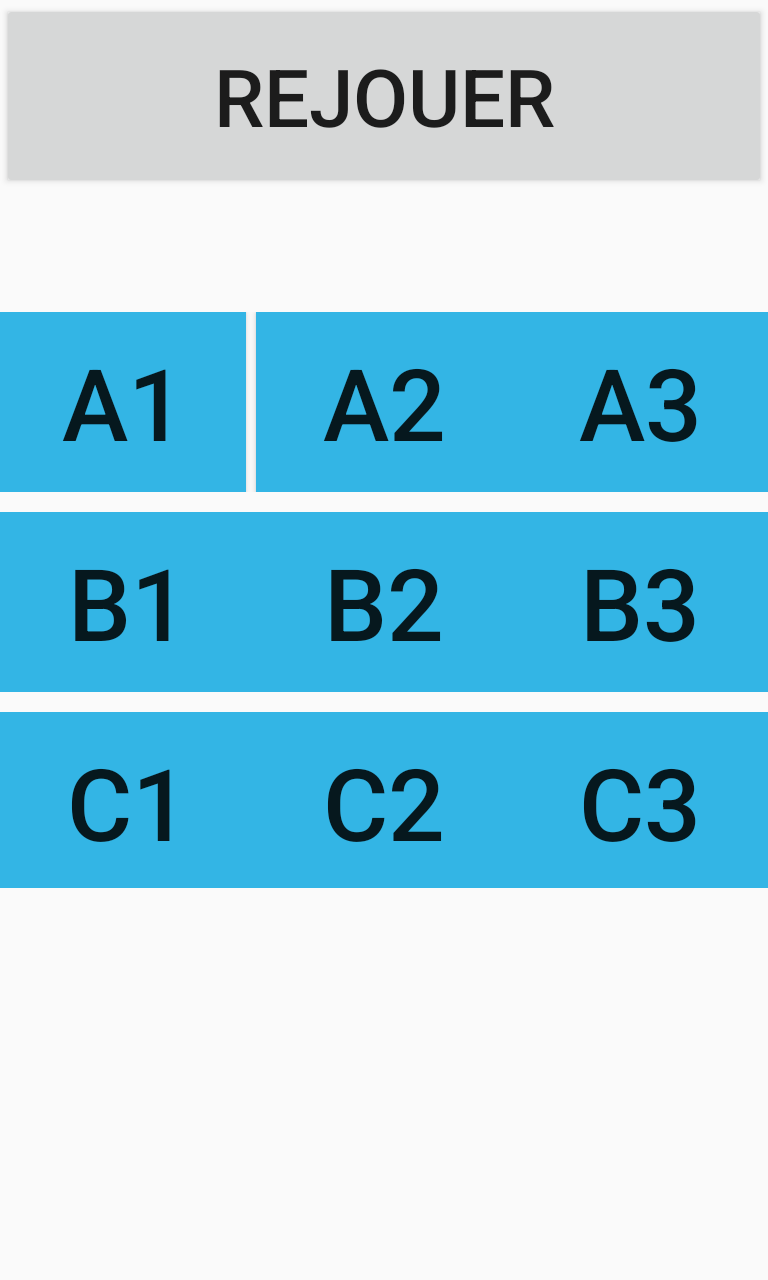
Repository: chakrinamo/Projet_S4_TicTacToe
Layout: Tic_Tac_Toe/res/layout/activity_main.xml
The author's editor kept a copy of each file at every save. The layout is drawn from the files as they stood at one save, then again after the next save.
It is drawn on a 768 x 1280 px phone screen (xhdpi) without system bars, with theme AppTheme; the app's code is not run.

Above is the layout before, as saved 2015-02-21 10:05:05.

After the next save:
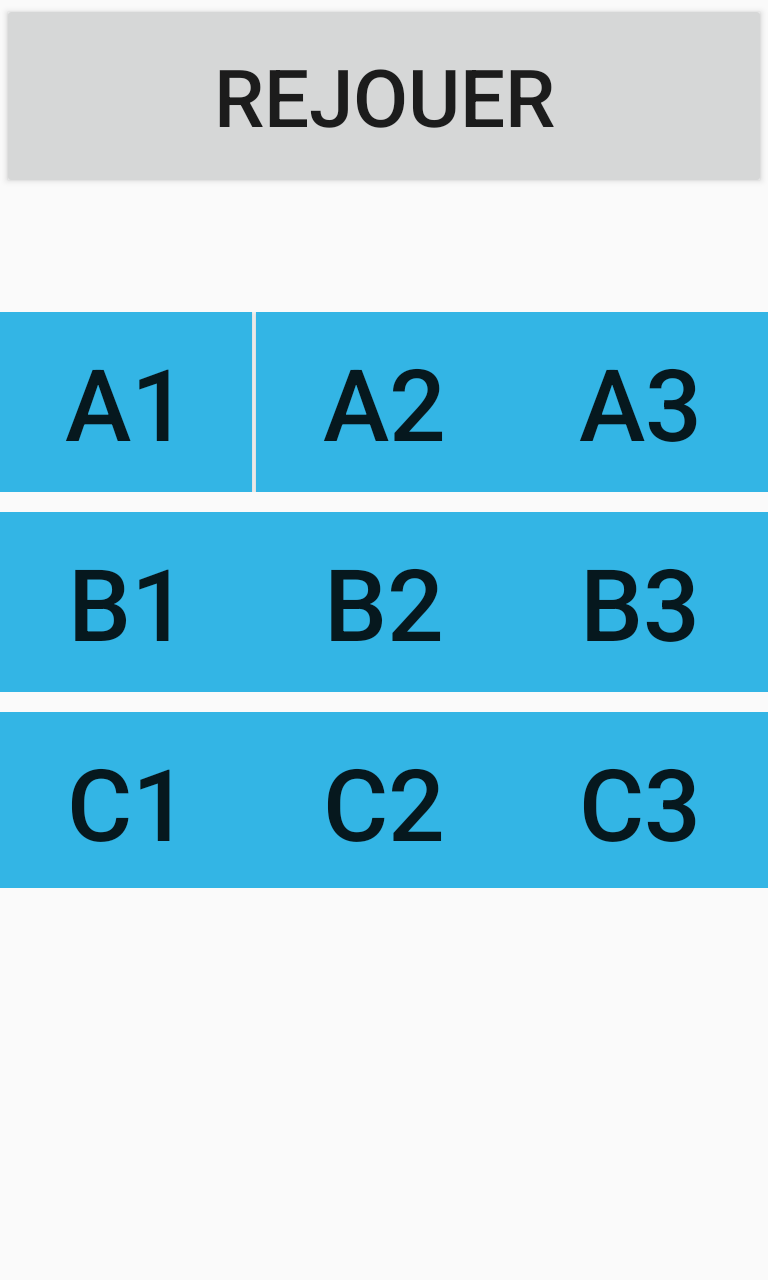
Saved 69 s later.
--- a/Tic_Tac_Toe/res/layout/activity_main.xml
+++ b/Tic_Tac_Toe/res/layout/activity_main.xml
@@ -30,7 +30,7 @@
             android:id="@+id/A1"
             android:layout_width="fill_parent"
             android:layout_height="90dp"
-            android:layout_marginRight="5dp"
+            android:layout_marginRight="2dp"
             android:layout_weight="1"
             android:background="#33b5e5"
             android:text="A1"
